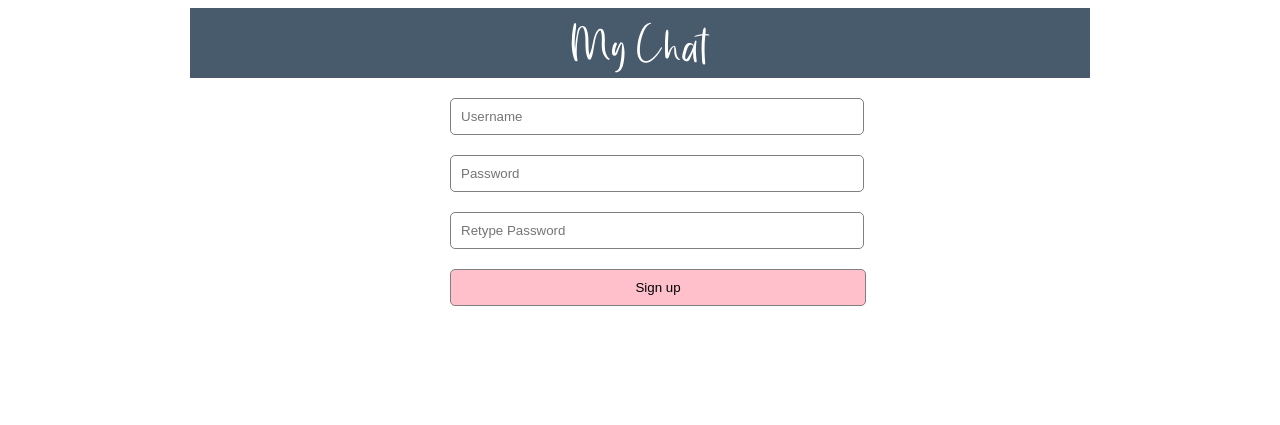
Repository: chathura226/SeekWork_Group_Project_I
Page: http://localhost/signup.php
An editor plug-in stored every save of this project. The page is shown before and after the next save, followed by the edit.
The browser window is 1280 px wide. The pictures show the whole page.
The page is run by PHP 8.4 with error messages shown; the project is at /var/www/html/.

Above is the page before, as saved 2023-12-05 20:53:14.
Console error: TypeError: Cannot read properties of null (reading 'addEventListener')

### chat/signup.php
<!DOCTYPE html>
<html>
    <head>
        <title>Chat</title>

    </head>
    <style type="text/css">

        @font-face {
            font-family: headFont;
            src: url(ui/fonts/Summer-Vibes-OTF.otf);
        }

        @font-face {
            font-family: myfont;
            src: url(ui/fonts/OpenSans-Regular.ttf);
        }


        #wrapper{

            max-width: 900px;
            min-height: 500px;
            margin:auto;
            color:grey;
            font-family:myfont;
            font-size:13px;

        }

        form{
            margin:auto;
            padding:10px;
            width:100%;
            max-width: 400px;
        }

        input{
            padding:10px;
            margin:10px;
            width:98%;
            border-radius:5px;
            border:solid 1px grey;
        }

        input[type=submit]{
            width:104%;
            background-color:pink;
            cursor: pointer;
        }

        #header{
            background-color: #485b6c;
            height: 70px;
            font-size:40px;
            text-align:center;
            font-family:headFont;
            width:100%;
            color:white;


        }


    </style>
    <body>
        <div id="wrapper">

        <div id="header">
            My Chat

            <div>Login</div>

        </div>

            <form>
                <input type="text"  name="username" placeholder="Username"><br>
                <input type="password"  name="password" placeholder="Password"><br>
                <input type="password"  name="password2" placeholder="Retype Password"><br>
                <input type="submit"  value="Sign up"><br>
            </form>


        </div>
    </body>
</html>

<script type="text/javascript">

    function _(element){
        return document.getElementById(element);
    }



    var label = _("label_chat");

    label.addEventListener("click",function(){

        var inner_pannel = _("inner_left_pannel");

        var ajax = new XMLHttpRequest();

        ajax.onload = function(){

            if(ajax.status==200 || ajax.readyState==4){

                inner_pannel.innerHTML = ajax.responseText;


            }


        }

        ajax.open("POST","file.txt",true);
        ajax.send();


    });



</script>

After the next save:
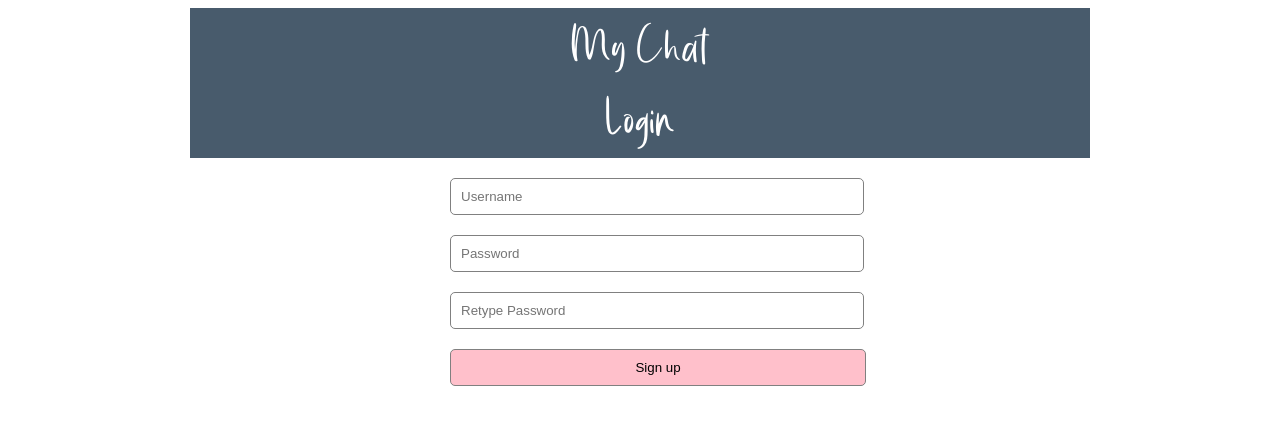
Saved 25 s later.
--- a/chat/signup.php
+++ b/chat/signup.php
@@ -51,7 +51,7 @@
 
         #header{
             background-color: #485b6c;
-            height: 70px;
+            height: auto;
             font-size:40px;
             text-align:center;
             font-family:headFont;
